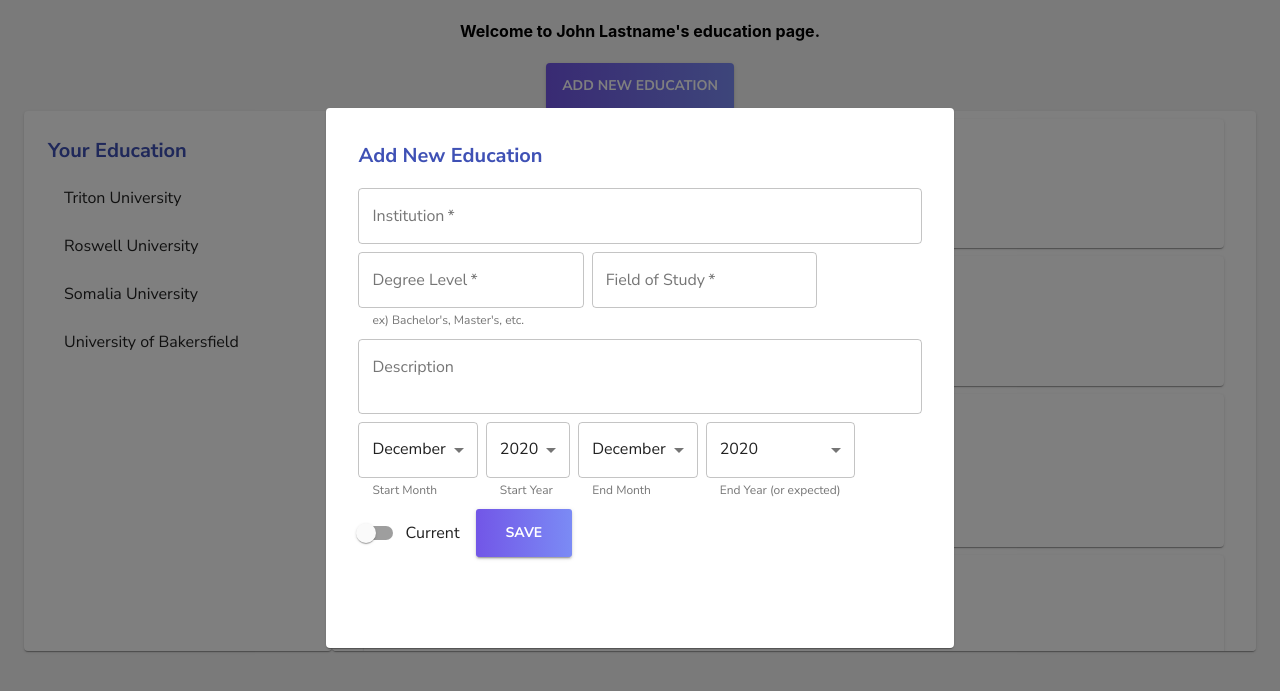
Repository: noellered/Showwcase-React-Challenge
Page: / (app in showwcase-education-react/), after clicking the first element matching `button.MuiButtonBase-root`
An editor plug-in stored every save of this project. The page is shown before and after a run of saves, followed by the edit.
The browser window is 1280 px wide. The pictures show the whole page.
The page's requests for data from a server got no answer. An inner scrolling area shows only its first screen. The project was rebuilt for these pictures with package versions that can differ from the ones it lists, and the page was loaded fresh each time. No one was signed in, and anything a server would have sent is missing. Also part of the build but not shown: showwcase-education-react/src/components/Home.tsx.

Above is the page before, as saved 2020-12-17 18:01:22.

### showwcase-education-react/public/index.html
<!DOCTYPE html>
<html lang="en">
  <head>
    <meta charset="utf-8" />
    <link rel="icon" href="%PUBLIC_URL%/favicon.ico" />
    <link rel="preconnect" href="https://fonts.gstatic.com">
    <link href="https://fonts.googleapis.com/css2?family=Nunito+Sans:ital,wght@0,400;0,700;1,400&display=swap" rel="stylesheet">


    <meta name="viewport" content="width=device-width, initial-scale=1" />
    <meta name="theme-color" content="#000000" />
    <meta
      name="description"
      content="Web site created using create-react-app"
    />
    <link rel="apple-touch-icon" href="%PUBLIC_URL%/logo192.png" />
    <!--
      manifest.json provides metadata used when your web app is installed on a
      user's mobile device or desktop. See https://developers.google.com/web/fundamentals/web-app-manifest/
    -->
    <link rel="manifest" href="%PUBLIC_URL%/manifest.json" />
    <!--
      Notice the use of %PUBLIC_URL% in the tags above.
      It will be replaced with the URL of the `public` folder during the build.
      Only files inside the `public` folder can be referenced from the HTML.

      Unlike "/favicon.ico" or "favicon.ico", "%PUBLIC_URL%/favicon.ico" will
      work correctly both with client-side routing and a non-root public URL.
      Learn how to configure a non-root public URL by running `npm run build`.
    -->
    <title>React App</title>
  </head>
  <body>
    <noscript>You need to enable JavaScript to run this app.</noscript>
    <div id="root"></div>
    <!--
      This HTML file is a template.
      If you open it directly in the browser, you will see an empty page.

      You can add webfonts, meta tags, or analytics to this file.
      The build step will place the bundled scripts into the <body> tag.

      To begin the development, run `npm start` or `yarn start`.
      To create a production bundle, use `npm run build` or `yarn build`.
    -->
  </body>
</html>

### showwcase-education-react/src/index.css
body {
  margin: 0;
  background: #F5F5F5;
  font-family: -apple-system, BlinkMacSystemFont, 'Segoe UI', 'Roboto', 'Oxygen',
    'Ubuntu', 'Cantarell', 'Fira Sans', 'Droid Sans', 'Helvetica Neue',
    sans-serif;
  -webkit-font-smoothing: antialiased;
  -moz-osx-font-smoothing: grayscale;
}

code {
  font-family: source-code-pro, Menlo, Monaco, Consolas, 'Courier New',
    monospace;
}

### showwcase-education-react/src/App.tsx
import React, {useState} from 'react';
import Home from './components/Home';
import Main from './components/Main';
import { MuiThemeProvider, createMuiTheme } from '@material-ui/core/styles';
import './App.css';

function App() {
  const theme = createMuiTheme({
    typography: {
        fontFamily: [
            'Nunito Sans',
            'sans-serif'
        ].join(','),
        h6: {
          fontWeight: 600
        },
        body1: {
          fontWeight: 400
        },
        subtitle1: {
          fontStyle: 'italic'
        },
        button: {
          fontWeight: 600
        }
    },
  })
  const [name, setName] = useState('John Lastname')

  return (
    <MuiThemeProvider theme={theme}>
      <div className="App">
        { name ? <Main name={name} /> : <Home setName={setName} /> }
      </div>
    </MuiThemeProvider>

  );
}

export default App;

### showwcase-education-react/src/components/Main.tsx
import React, {FunctionComponent, useState} from 'react';
import EducationSidebar from './education/EducationSidebar';
import EducationList from './education/EducationList';
import EducationModalContent from './education/EducationModalContent';
import Modal from '@material-ui/core/Modal';
import Backdrop from '@material-ui/core/Backdrop';
import Fade from '@material-ui/core/Fade';
import Paper from '@material-ui/core/Paper';
import Grid from '@material-ui/core/Grid';
import Container from '@material-ui/core/Container';
import Button from '@material-ui/core/Button';
import { pageStyles } from './pageStyles';

const Main:FunctionComponent<{name: string}> = ({name}) => {
    const classes = pageStyles();
    const [open, setOpen] = useState<boolean>(false);
    const [education, setEducation] = useState<object[]>([
        {
            degree: "MFA.",
            description: "",
            end: {month: 11, year: 2020},
            fieldOfStudy: "Being Cool",
            institution: "Triton University",
            start: {month: 11, year: 2020}
        },
        {
            degree: "M.Sc.",
            description: "",
            end: {month: 11, year: 2020},
            fieldOfStudy: "Biology of Aliens",
            institution: "Roswell University",
            start: {month: 11, year: 2020}
        },
        {
            degree: "B.S.",
            description: "I learned things, and stuff. Then I learned how to be a pirate. Arrrr, matey.",
            end: {month: 11, year: 2020},
            fieldOfStudy: "Pirate Studies",
            institution: "Somalia University",
            start: {month: 11, year: 2020}
        },
        {
            degree: "B.A.",
            description: "",
            end: {month: 11, year: 2020},
            fieldOfStudy: "Home Economics",
            institution: "University of Bakersfield",
            start: {month: 11, year: 2020}
        },
    ]);


    //Modal handlers

    const handleOpen = () => {
        setOpen(true);
    }

    const handleClose = () => {
        setOpen(false);
    }

    const handleEducationUpdate = (newEducation) => {
        setEducation(education => [newEducation, ...education]) //prepend new education item to education list
        handleClose();
    }

    return(
        <Container>
            <h4>Welcome to {name}'s education page.</h4>
            <Button
                className={classes.button}
                variant="contained"
                color="primary"
                type="button"
                onClick={handleOpen}
                >
                Add New Education
            </Button>
            <Grid container className={classes.container}>
                <Grid item xs={12} lg={3}>
                    <Paper className={classes.paper}>
                        <EducationSidebar list={education}/>
                    </Paper>
                </Grid>
                <Grid item xs={12} lg={9}>
                    <Paper className={classes.paper}>
                        <EducationList list={education}/>
                    </Paper>
                </Grid>
            </Grid>
            <Modal
                className={classes.modal}
                aria-labelledby="add-education"
                aria-describedby="add-education-modal"
                open={open}
                onClose={handleClose}
                closeAfterTransition
                BackdropComponent={Backdrop}
                BackdropProps={{
                timeout: 300,
                }}>
                <Fade in={open}>
                    <Paper className={`${classes.modal} ${classes.paper}`}>
                        <EducationModalContent handleUpdate={handleEducationUpdate}/>
                    </Paper>
                </Fade>
            </Modal>
        </Container>
    )
}

export default Main;

### showwcase-education-react/src/components/pageStyles.tsx
import { makeStyles } from '@material-ui/core/styles';

export const pageStyles = makeStyles({
    modal: {
        maxWidth: '70%',
        margin: 'auto',
        height: '70vh'
    },
    button: {
        backgroundImage: 'linear-gradient(90deg, rgba(114,86,231,1) 0%, rgba(123,139,245,1) 100%)',
        borderColor: '#0063cc',
        borderRadius: 3,
        color: 'white',
        height: 48,
        padding: '0 30px',
        '&:hover': {
            backgroundImage: 'linear-gradient(90deg, rgba(81,53,196,1) 0%, rgba(91,110,238,1) 100%)',
            borderColor: '#0062cc',
          },
    },
    container: {
        display: 'flex',
        justifyContent: 'space-between'
    },
    paper: {
        height: '75vh',
        overflow: 'auto',
        "&:focus": {
            outline: "none"
          }
    },
    sideBar: {
        marginRight: '2rem',
    }
})

### showwcase-education-react/src/components/education/EducationSidebar.tsx
import React, { FunctionComponent } from 'react';
import List from '@material-ui/core/List';
import ListItem from '@material-ui/core/ListItem';
import ListItemText from '@material-ui/core/ListItemText';
import Typography from '@material-ui/core/Typography';
import { useStyles } from './styles'

const EducationSidebar:FunctionComponent<{list: object[]}> = ({ list }) => {
    const classes = useStyles();
    return(
        <List className={classes.list}>
            <Typography variant="h6" color="primary" align="justify" gutterBottom>Your Education</Typography>
            { list.length > 0 ? list.map((item) =>
            <div>
                <ListItem className={classes.listItem} button>
                    <ListItemText >{item['institution']}</ListItemText>
                </ListItem>
            </div>
            )
            : <div>No education to display</div> }
        </List>
    )
}
export default EducationSidebar;

### showwcase-education-react/src/components/education/EducationList.tsx
import React, { FunctionComponent } from 'react';
import Card from '@material-ui/core/Card';
import { useStyles } from './styles';
import Typography from '@material-ui/core/Typography';
import Container from '@material-ui/core/Container';

const EducationList:FunctionComponent<{list: object[]}> = ({ list }) => {
    const classes = useStyles();
    return(
        <Container>
            { list.length > 0 ? list.map((item) =>
            <Card className={classes.educationCard}>
                <Typography align="justify" variant="h6" color="textPrimary">
                    {item['degree']} {item['fieldOfStudy']} @ {item['institution']}
                </Typography>
                <Typography variant="subtitle1" align="justify" color="textSecondary" gutterBottom>
                January {item['start']['year']} - December {item['end']['year']}
                </Typography>
                <Typography variant="body1" align="justify">
                    {item['description']}
                </Typography>
            </Card>) : <div>Nothing to display</div> }
        </Container>
    )
}
export default EducationList;

### showwcase-education-react/src/components/education/EducationModalContent.tsx
import React, { FunctionComponent, useEffect, useState } from 'react';
import Autocomplete, { AutocompleteRenderGroupParams } from '@material-ui/lab/Autocomplete';
import TextField from '@material-ui/core/TextField';
import Button from '@material-ui/core/Button';
import ListSubheader from '@material-ui/core/ListSubheader';
import { useTheme } from '@material-ui/core/styles';
import useMediaQuery from '@material-ui/core/useMediaQuery';
import Typography from '@material-ui/core/Typography';
import { VariableSizeList, ListChildComponentProps } from 'react-window';
import MonthPicker from '../pickers/MonthPicker';
import YearPicker from '../pickers/YearPicker';
import { useStyles } from './styles';
import Switch from '@material-ui/core/Switch';
import FormControlLabel from '@material-ui/core/FormControlLabel';


//Virtualize institution list for more efficient rendering performance

const LISTBOX_PADDING = 8; // px

function renderRow(props: ListChildComponentProps) {
  const { data, index, style } = props;
  return React.cloneElement(data[index], {
    style: {
      ...style,
      top: (style.top as number) + LISTBOX_PADDING,
    },
  });
}

const OuterElementContext = React.createContext({});

const OuterElementType = React.forwardRef<HTMLDivElement>((props, ref) => {
  const outerProps = React.useContext(OuterElementContext);
  return <div ref={ref} {...props} {...outerProps} />;
});

function useResetCache(data: any) {
    const ref = React.useRef<VariableSizeList>(null);
    React.useEffect(() => {
      if (ref.current != null) {
        ref.current.resetAfterIndex(0, true);
      }
    }, [data]);
    return ref;
  }


  // React-window adapter
  const ListboxComponent = React.forwardRef<HTMLDivElement>(function ListboxComponent(props, ref) {
    const { children, ...other } = props;
    const theme = useTheme();
    const itemData = React.Children.toArray(children);
    const smUp = useMediaQuery(theme.breakpoints.up('sm'), { noSsr: true });
    const itemCount = itemData.length;
    const itemSize = smUp ? 36 : 48;

    const getChildSize = (child: React.ReactNode) => {
      if (React.isValidElement(child) && child.type === ListSubheader) {
        return 48;
      }

      return itemSize;
    };

    const getHeight = () => {
      if (itemCount > 8) {
        return 8 * itemSize;
      }
      return itemData.map(getChildSize).reduce((a, b) => a + b, 0);
    };

    const gridRef = useResetCache(itemCount);

    return (
      <div ref={ref}>
        <OuterElementContext.Provider value={other}>
          <VariableSizeList
            itemData={itemData}
            height={getHeight() + 2 * LISTBOX_PADDING}
            width="100%"
            ref={gridRef}
            outerElementType={OuterElementType}
            innerElementType="ul"
            itemSize={(index) => getChildSize(itemData[index])}
            overscanCount={5}
            itemCount={itemCount}
          >
            {renderRow}
          </VariableSizeList>
        </OuterElementContext.Provider>
      </div>
    );
  });



//Add Education Modal Content
const EducationModalContent:FunctionComponent<{handleUpdate: any}>= ({ handleUpdate }) => {
    const classes = useStyles();
    const [institutionList, setInstitutionList] = useState<string[]>([]);
    const [institution, setInstitution] = useState<string>('');
    const [degree, setDegree] = useState<string>('');
    const [description, setDescription] = useState<string>('');
    const [fieldOfStudy, setFieldOfStudy] = useState<string>('');
    const [current, setCurrent] = useState<boolean>(false)
    const [start, setStart] = useState<{month: number, year: number}>({
        month: new Date().getMonth(),
        year: new Date().getFullYear()
    });
    const [end, setEnd] = useState({
        month: new Date().getMonth(),
        year: new Date().getFullYear()
    });



    const getInstitutions = () => {
        fetch(`http://universities.hipolabs.com/search`)
        .then((res: any) => res.json()
        .then((JSON) => setInstitutionList(JSON.map((item)=>item['name']))));
    }

    // Get institutions list on component mount
    useEffect( () => {
        getInstitutions()
    }, []);

    //Render group for visualized autocomplete component
    const renderGroup = (params: AutocompleteRenderGroupParams) => [
        <ListSubheader key={params.key} component="div">
          {params.group}
        </ListSubheader>,
        params.children,
    ];

    //Handle form submit
    const handleSubmit = (e: any) => {
        e.preventDefault();
        const newEducation = { institution, fieldOfStudy, degree, start, end, description, current }
        return handleUpdate(newEducation);
    }

    //Handle institution change for autocomplete component
    const handleInputChange = (e: React.ChangeEvent<{}>, value: string) => {
        setInstitution(value)
    }

    const handleSwitch = (e: React.ChangeEvent<HTMLInputElement>) => {
      setCurrent(e.target.checked);
    }



    return(
        <div className={classes.modalContent}>
            <Typography variant="h6" color="primary">Add New Education</Typography>
            <form onSubmit={handleSubmit}>
                <Autocomplete
                id="institutions-list"
                options={institutionList}
                freeSolo
                renderGroup={renderGroup}
                renderInput={(params)=>(
                    <TextField {...params} label="Institution" margin="normal" variant="outlined" required/>
                )}
                renderOption={(option) => <p>{option}</p>}
                ListboxComponent={ListboxComponent as React.ComponentType<React.HTMLAttributes<HTMLElement>>}
                disableListWrap
                autoSelect={true}
                onInputChange={handleInputChange}
                />
                <div className={classes.inputGroup}>
                  <TextField className={`${classes.input} ${classes.mr}`} label="Degree Level" helperText="ex) Bachelor's, Master's, etc." variant="outlined" onChange={(e)=> setDegree(e.target.value)} required/>
                  <TextField className={classes.input} label="Field of Study" variant="outlined" onChange={(e)=> setFieldOfStudy(e.target.value)} required/>
                </div>
                <TextField className={classes.input} multiline fullWidth rows={2} variant="outlined" label="Description" onChange={(e)=> setDescription(e.target.value)}/>
                <div className={classes.inputGroup}>
                    <MonthPicker className={`${classes.input} ${classes.mr}`} label="Start Month" id="startMonth" onChange={(e)=> setStart({...start, month: e.target.value})}/>
                    <YearPicker className={`${classes.input} ${classes.mr}`} label="Start Year" id="startYear" onChange={(e)=> setStart({...start, year: e.target.value})}/>
                    <MonthPicker className={`${classes.input} ${classes.mr}`} label="End Month" id="endMonth" onChange={(e)=> setEnd({...end, month: e.target.value})}/>
                    <YearPicker className={`${classes.input} ${classes.mr}`} label="End Year (or expected)" id="endYear" onChange={(e)=> setEnd({...end, year: e.target.value})}/>
                </div>
                <div className={classes.inputGroup}>
                </div>
                <FormControlLabel
                      control={<Switch checked={current} onChange={handleSwitch} name="current" color="secondary"/>}
                      label="Current"
                />
                <Button variant="contained" className={classes.button} color="primary" type="submit" >Save</Button>
            </form>
        </div>
    )
}
export default EducationModalContent;

### showwcase-education-react/src/components/education/styles.tsx
import { makeStyles } from '@material-ui/core/styles';

export const useStyles = makeStyles({
    button: {
        backgroundImage: 'linear-gradient(90deg, rgba(114,86,231,1) 0%, rgba(123,139,245,1) 100%)',
        borderColor: '#0063cc',
        borderRadius: 3,
        color: 'white',
        height: 48,
        padding: '0 30px',
        '&:hover': {
            backgroundImage: 'linear-gradient(90deg, rgba(81,53,196,1) 0%, rgba(91,110,238,1) 100%)',
            borderColor: '#0062cc',
          },
    },
    educationCard: {
        padding: '2rem',
        margin: '.5rem'
    },
    list: {
        padding: '1.5rem',
    },

    modalContent: {
        padding: '2rem',
    },
    listItem: {
        '&:active': {
            fontWeight: 600,
        }
    },
    input: {
        minWidth: '40%',
        marginBottom: '.5rem'
    },
    inputGroup: {
        display: 'flex',
        flexDirection: 'row',
        minWidth: '100%'
    },
    mr: {
        marginRight: '.5rem'
    }
})

### showwcase-education-react/src/components/pickers/MonthPicker.tsx
import React, { FunctionComponent, useState } from 'react';
import InputLabel from '@material-ui/core/InputLabel';
import MenuItem from '@material-ui/core/MenuItem';
import FormControl from '@material-ui/core/FormControl';
import TextField from '@material-ui/core/TextField';

interface MonthPickerProps {
    label?: string;
    id?: string;
    onChange?: any;
    className?: string;
}

const months = [
    { id: 0, name: 'January' },
    { id: 1, name: 'February' },
    { id: 2, name: 'March' },
    { id: 3, name: 'April' },
    { id: 4, name: 'May' },
    { id: 5, name: 'June' },
    { id: 6, name: 'July' },
    { id: 7, name: 'August' },
    { id: 8, name: 'September' },
    { id: 9, name: 'October' },
    { id: 10, name: 'November' },
    { id: 11, name: 'December' },
];

const MonthPicker:FunctionComponent<MonthPickerProps> = ({ label, id, className }) => {
    const [month, setMonth] = useState(new Date().getMonth())

   const handleChange = (e: any) => {
        e.preventDefault();
        setMonth(e.target.value);
   }

    return (
        <div>
            <FormControl>
                <TextField select helperText={label} id={id} value={month} onChange={handleChange} className={className} variant="outlined" required>
                { months.map((month) => <MenuItem value={month.id}>{month.name}</MenuItem>)}
                </TextField>
            </FormControl>
        </div>
    )
}

export default MonthPicker;

### showwcase-education-react/src/components/pickers/YearPicker.tsx
import React, { FunctionComponent, useState } from 'react';
import MenuItem from '@material-ui/core/MenuItem';
import FormControl from '@material-ui/core/FormControl';
import TextField from '@material-ui/core/TextField';

interface YearPickerProps {
    label?: string;
    id?: string;
    onChange?: any;
    className?: string;
}

const years:number[] = []

//Create year list
for(let y = (new Date().getFullYear() + 10); y >= 1950; y--){
    years.push(y)
}

const YearPicker:FunctionComponent<YearPickerProps> = React.memo(({ label, id, className }) => {
    const [year, setYear] = useState(new Date().getFullYear())

   const handleChange = (e: any) => {
        e.preventDefault();
        setYear(e.target.value);
   }

    return (
        <div>
            <FormControl>
                <TextField select  helperText={label} id={id} value={year} onChange={handleChange} className={className} variant="outlined" required>
                { years.map((year) => <MenuItem value={year}>{year}</MenuItem>)}
                </TextField>
            </FormControl>
        </div>
    )
})

export default YearPicker;

Loaded but not shown: showwcase-education-react/src/index.tsx (common file); showwcase-education-react/src/reportWebVitals.ts (common file); showwcase-education-react/src/App.css (common file)

After the next 2 saves:
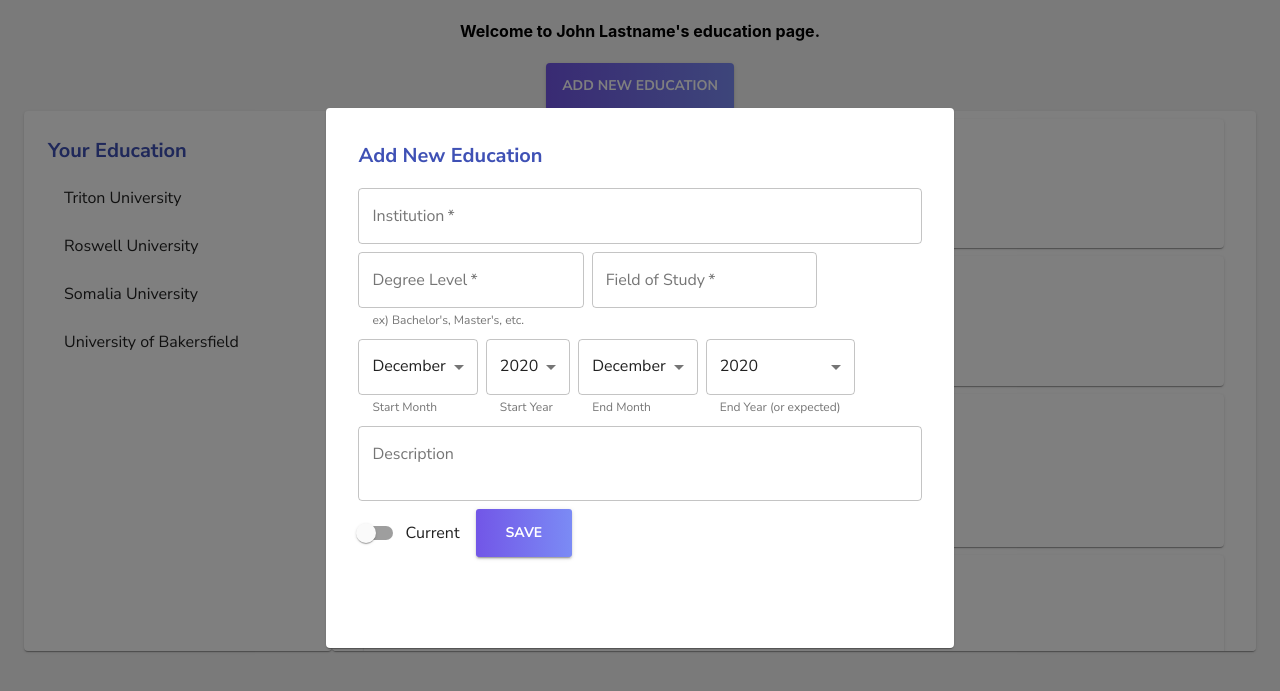
The 2 saves are shown as one change because they came seconds apart.
The last was saved 7 s later.
--- a/showwcase-education-react/src/components/education/EducationModalContent.tsx
+++ b/showwcase-education-react/src/components/education/EducationModalContent.tsx
@@ -174,13 +174,14 @@ const EducationModalContent:FunctionComponent<{handleUpdate: any}>= ({ handleUpd
                   <TextField className={`${classes.input} ${classes.mr}`} label="Degree Level" helperText="ex) Bachelor's, Master's, etc." variant="outlined" onChange={(e)=> setDegree(e.target.value)} required/>
                   <TextField className={classes.input} label="Field of Study" variant="outlined" onChange={(e)=> setFieldOfStudy(e.target.value)} required/>
                 </div>
-                <TextField className={classes.input} multiline fullWidth rows={2} variant="outlined" label="Description" onChange={(e)=> setDescription(e.target.value)}/>
                 <div className={classes.inputGroup}>
                     <MonthPicker className={`${classes.input} ${classes.mr}`} label="Start Month" id="startMonth" onChange={(e)=> setStart({...start, month: e.target.value})}/>
                     <YearPicker className={`${classes.input} ${classes.mr}`} label="Start Year" id="startYear" onChange={(e)=> setStart({...start, year: e.target.value})}/>
                     <MonthPicker className={`${classes.input} ${classes.mr}`} label="End Month" id="endMonth" onChange={(e)=> setEnd({...end, month: e.target.value})}/>
                     <YearPicker className={`${classes.input} ${classes.mr}`} label="End Year (or expected)" id="endYear" onChange={(e)=> setEnd({...end, year: e.target.value})}/>
                 </div>
+                <TextField className={classes.input} multiline fullWidth rows={2} variant="outlined" label="Description" onChange={(e)=> setDescription(e.target.value)}/>
+
                 <div className={classes.inputGroup}>
                 </div>
                 <FormControlLabel
